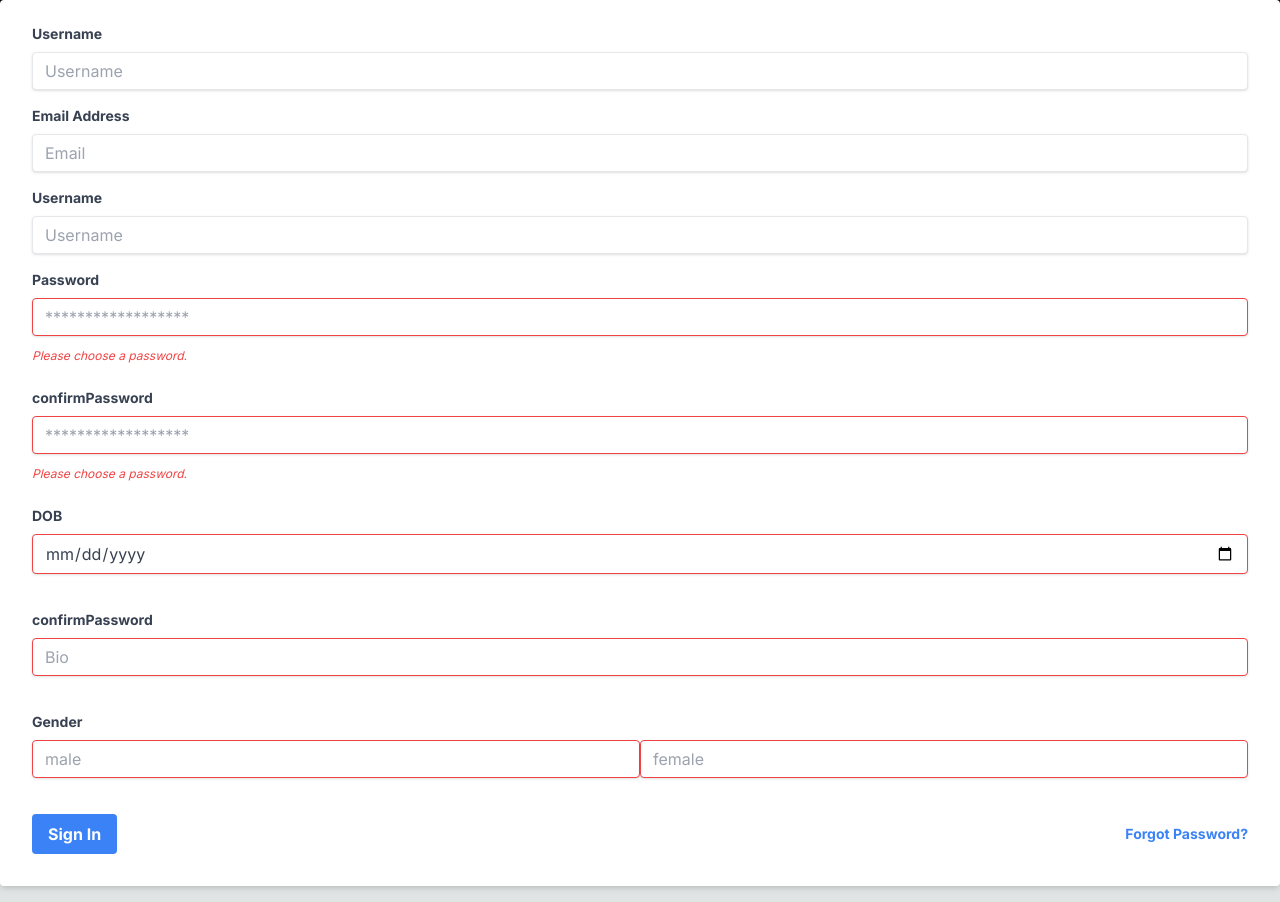
Repository: uh-sman/tiktok-card
Page: /
These files come from the project's save history. The page is drawn as it stood at one moment and after the next save; the edit follows.
The browser window is 1280 px wide. The pictures show the whole page.
The project was rebuilt for these pictures with package versions that can differ from the ones it lists, and the page was loaded fresh each time. The framework's server and built-in components were replaced by stand-ins that run in the browser. Also part of the build but not shown: next.config.js.

Above is the page before, as saved 2023-12-19 12:12:44.

### app/page.tsx
'use client'
import Input from "./components/Input";
import { FieldValues, SubmitHandler, useForm } from "react-hook-form";
export default function Home() {
  // const { register, handleSubmit, reset } = useForm<FieldValues>({
  //   defaultValues: {
  //     Username: "",
  //     email: '',
  //     password: '',
  //     confirmPassword: '',
  //     DateOfBirth: '',
  //     Bio: '',
  //     gender: '',
  //     termsAndConditions: ''
  //   }
  // })

  // const onSubmit: SubmitHandler<FieldValues> = () => {

  // }

  return (
    <div className="bg-black h-screen w-screen">
      {/* <div className="flex justify-center"> */}
      <div className="flex justify-center  w-full flex-col">
      <form className="bg-white shadow-md rounded px-8 pt-6 pb-8 mb-4">
    <div className="mb-4">
      <label className="block text-gray-700 text-sm font-bold mb-2" htmlFor="username">
        Username
      </label>
      <Input onChange={() => {}} className="shadow appearance-none border rounded w-full py-2 px-3 text-gray-700 leading-tight focus:outline-none focus:shadow-outline" id="username" type="text" placeholder="Username" />
    </div>
    <div className="mb-4">
      <label className="block text-gray-700 text-sm font-bold mb-2" htmlFor="username">
        Email Address
      </label>
      <Input onChange={() => {}} className="shadow appearance-none border rounded w-full py-2 px-3 text-gray-700 leading-tight focus:outline-none focus:shadow-outline" id="email" type="email" placeholder="Email" />
    </div>
    <div className="mb-4">
      <label className="block text-gray-700 text-sm font-bold mb-2" htmlFor="username">
        Username
      </label>
      <Input onChange={() => {}} className="shadow appearance-none border rounded w-full py-2 px-3 text-gray-700 leading-tight focus:outline-none focus:shadow-outline" id="username" type="text" placeholder="Username" />
    </div>
    <div className="mb-6">
      <label className="block text-gray-700 text-sm font-bold mb-2" htmlFor="password">
        Password
      </label>
      <Input onChange={() => {}} className="shadow appearance-none border border-red-500 rounded w-full py-2 px-3 text-gray-700 mb-3 leading-tight focus:outline-none focus:shadow-outline" id="password" type="password" placeholder="******************" />
      <p className="text-red-500 text-xs italic">Please choose a password.</p>
    </div>
    <div className="mb-6">
      <label className="block text-gray-700 text-sm font-bold mb-2" htmlFor="password">
        confirmPassword
      </label>
      <Input onChange={() => {}} className="shadow appearance-none border border-red-500 rounded w-full py-2 px-3 text-gray-700 mb-3 leading-tight focus:outline-none focus:shadow-outline" id="confirmPassword" type="password" placeholder="******************" />
      <p className="text-red-500 text-xs italic">Please choose a password.</p>
    </div>
    <div className="mb-6">
      <label className="block text-gray-700 text-sm font-bold mb-2" htmlFor="password">
        DOB
      </label>
      <Input onChange={() => {}} className="shadow appearance-none border border-red-500 rounded w-full py-2 px-3 text-gray-700 mb-3 leading-tight focus:outline-none focus:shadow-outline" id="DateOfBirth" type="date" placeholder="DOB" />
      {/* <p className="text-red-500 text-xs italic">Please confirm your password.</p> */}
    </div>
    <div className="mb-6">
      <label className="block text-gray-700 text-sm font-bold mb-2" htmlFor="password">
        confirmPassword
      </label>
      <Input onChange={() => {}} className="shadow appearance-none border border-red-500 rounded w-full py-2 px-3 text-gray-700 mb-3 leading-tight focus:outline-none focus:shadow-outline" id="Bio" type="text" placeholder="Bio" />
      {/* <p className="text-red-500 text-xs italic">Please confirm your password.</p> */}
    </div>
    <div className="mb-6">
      <label className="block text-gray-700 text-sm font-bold mb-2" htmlFor="password">
        Gender
      </label>
      <div className="flex">
      <Input onChange={() => {}} className="shadow appearance-none border border-red-500 rounded w-full py-2 px-3 text-gray-700 mb-3 leading-tight focus:outline-none focus:shadow-outline" id="male" type="text" placeholder="male" />
      <Input onChange={() => {}} className="shadow appearance-none border border-red-500 rounded w-full py-2 px-3 text-gray-700 mb-3 leading-tight focus:outline-none focus:shadow-outline" id="female" type="text" placeholder="female" />
      </div>
      {/* <p className="text-red-500 text-xs italic">Please confirm your password.</p> */}
    </div>
    <div className="flex items-center justify-between">
      <button className="bg-blue-500 hover:bg-blue-700 text-white font-bold py-2 px-4 rounded focus:outline-none focus:shadow-outline" type="button">
        Sign In
      </button>
      <a className="inline-block align-baseline font-bold text-sm text-blue-500 hover:text-blue-800" href="#">
        Forgot Password?
      </a>
    </div>
  </form>

      </div>
      {/* </div> */}
    </div>
  );
}



{/* <form class="max-w-sm mx-auto">
  <div class="mb-5">
    <label for="email" class="block mb-2 text-sm font-medium text-gray-900 dark:text-white">Your email</label>
    <input type="email" id="email" class="bg-gray-50 border border-gray-300 text-gray-900 text-sm rounded-lg focus:ring-blue-500 focus:border-blue-500 block w-full p-2.5 dark:bg-gray-700 dark:border-gray-600 dark:placeholder-gray-400 dark:text-white dark:focus:ring-blue-500 dark:focus:border-blue-500" placeholder="name@flowbite.com" required>
  </div>
  <div class="mb-5">
    <label for="password" class="block mb-2 text-sm font-medium text-gray-900 dark:text-white">Your password</label>
    <input type="password" id="password" class="bg-gray-50 border border-gray-300 text-gray-900 text-sm rounded-lg focus:ring-blue-500 focus:border-blue-500 block w-full p-2.5 dark:bg-gray-700 dark:border-gray-600 dark:placeholder-gray-400 dark:text-white dark:focus:ring-blue-500 dark:focus:border-blue-500" required>
  </div>
  <div class="flex items-start mb-5">
    <div class="flex items-center h-5">
      <input id="remember" type="checkbox" value="" class="w-4 h-4 border border-gray-300 rounded bg-gray-50 focus:ring-3 focus:ring-blue-300 dark:bg-gray-700 dark:border-gray-600 dark:focus:ring-blue-600 dark:ring-offset-gray-800 dark:focus:ring-offset-gray-800" required>
    </div>
    <label for="remember" class="ms-2 text-sm font-medium text-gray-900 dark:text-gray-300">Remember me</label>
  </div>
  <button type="submit" class="text-white bg-blue-700 hover:bg-blue-800 focus:ring-4 focus:outline-none focus:ring-blue-300 font-medium rounded-lg text-sm w-full sm:w-auto px-5 py-2.5 text-center dark:bg-blue-600 dark:hover:bg-blue-700 dark:focus:ring-blue-800">Submit</button>
</form> */}

### app/components/Input.tsx

type InputType = "text" | "password" | "file" | "email" | 'date'

interface InputProps {
    id: string;
    className: string;
    placeholder: string;
    type: InputType;
    onChange: (value: string, file?: File ) => void;
}

const Input: React.FC<InputProps> = ({
    id,
    className,
    placeholder,
    type,
    onChange
}) => {
    const handleChange = (event: React.ChangeEvent<HTMLInputElement>) => {
        const { value, files } = event.target;
        if (type === 'file' && files) {
            onChange(value, files[0]);
        } else {
            onChange(value);
        }
    };

    return (
        <input
            id={id}
            className={className}
            placeholder={placeholder}
            type={type}
            onChange={handleChange}
        />
    );
};


export default Input;

Loaded but not shown: app/layout.tsx (common file); app/globals.css (common file); tailwind.config.ts (common file)

After the next save:
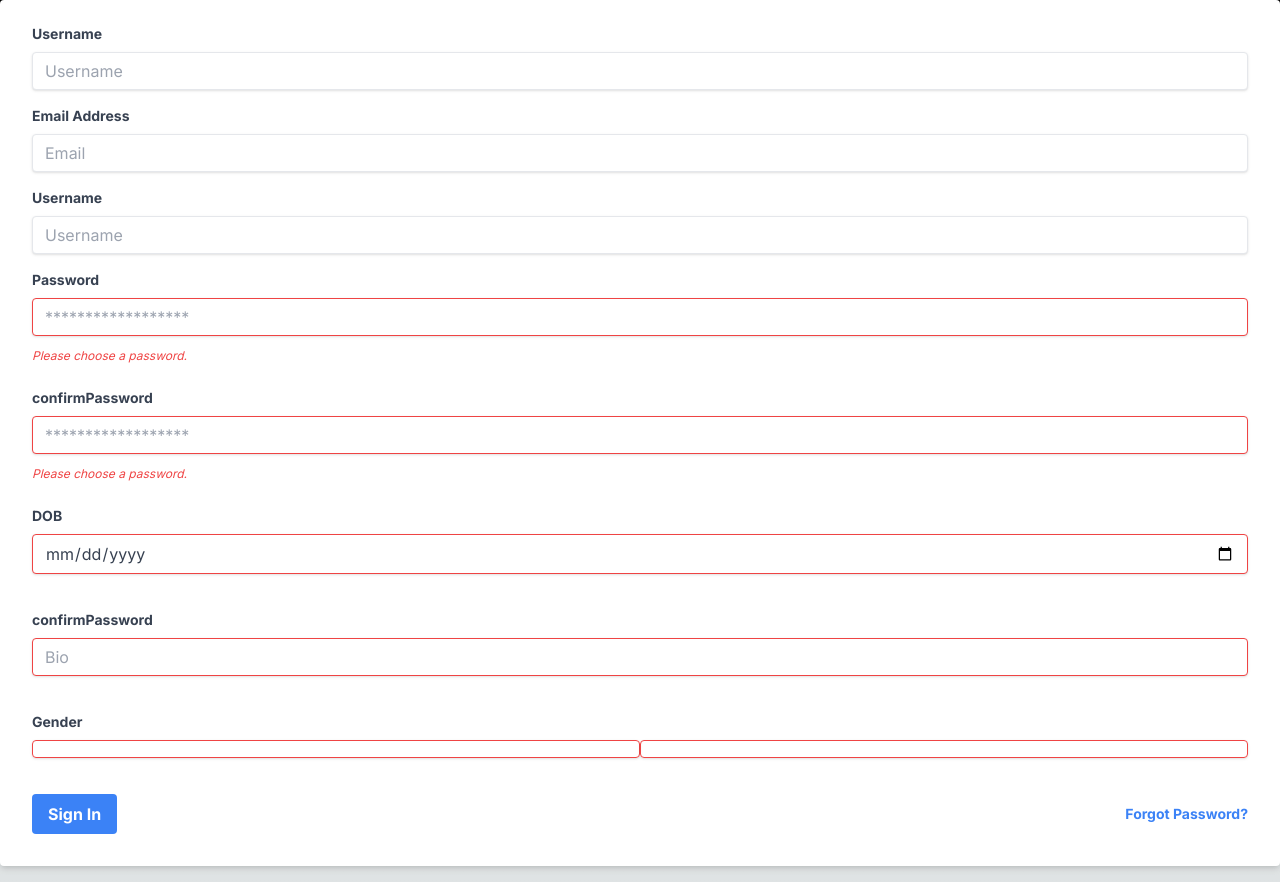
Saved 42 s later.
--- a/app/page.tsx
+++ b/app/page.tsx
@@ -75,8 +75,8 @@ export default function Home() {
         Gender
       </label>
       <div className="flex">
-      <Input onChange={() => {}} className="shadow appearance-none border border-red-500 rounded w-full py-2 px-3 text-gray-700 mb-3 leading-tight focus:outline-none focus:shadow-outline" id="male" type="text" placeholder="male" />
-      <Input onChange={() => {}} className="shadow appearance-none border border-red-500 rounded w-full py-2 px-3 text-gray-700 mb-3 leading-tight focus:outline-none focus:shadow-outline" id="female" type="text" placeholder="female" />
+      <Input onChange={() => {}} className="shadow appearance-none border border-red-500 rounded w-full py-2 px-3 text-gray-700 mb-3 leading-tight focus:outline-none focus:shadow-outline" id="male" type="checkbox" placeholder="male" />
+      <Input onChange={() => {}} className="shadow appearance-none border border-red-500 rounded w-full py-2 px-3 text-gray-700 mb-3 leading-tight focus:outline-none focus:shadow-outline" id="female" type="checkbox" placeholder="female" />
       </div>
       {/* <p className="text-red-500 text-xs italic">Please confirm your password.</p> */}
     </div>
--- a/app/components/Input.tsx
+++ b/app/components/Input.tsx
@@ -1,5 +1,5 @@
 
-type InputType = "text" | "password" | "file" | "email" | 'date'
+type InputType = "text" | "password" | "file" | "email" | 'date' | 'checkbox'
 
 interface InputProps {
     id: string;
